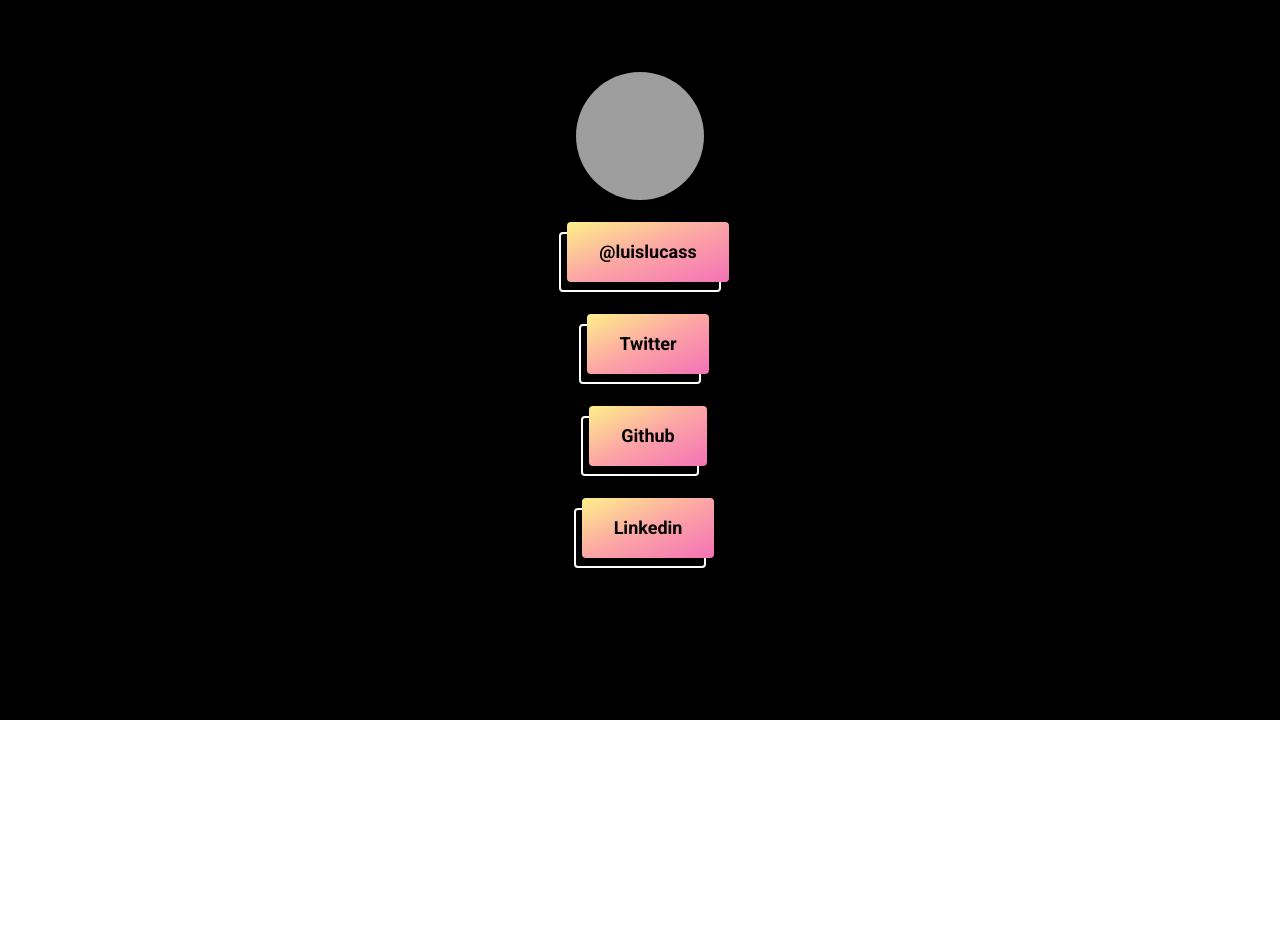
Repository: LuisSempre/link-to
Page: index.html
An editor plug-in stored every save of this project. The page is shown before and after a run of saves, followed by the edit.
The browser window is 1280 px wide. The pictures show the whole page.
Pictures or frames that could not be fetched are drawn as grey boxes. Some web libraries are served in a nearby version.

Above is the page before, as saved 2022-07-05 22:17:37.

### index.html
<!DOCTYPE html>
<html lang="en">
    <head>
        <meta charset="UTF-8">
        <meta http-equiv="X-UA-Compatible" content="IE=edge">
        <meta name="viewport" content="width=device-width, initial-scale=1.0">
        <link rel="preconnect" href="https://fonts.googleapis.com">
        <link rel="preconnect" href="https://fonts.gstatic.com" crossorigin>
        <link
            href="https://fonts.googleapis.com/css2?family=Roboto:ital,wght@0,100;0,300;0,400;0,500;0,700;0,900;1,100;1,300;1,400;1,500;1,700;1,900&display=swap"
            rel="stylesheet">
        <script src="https://cdn.tailwindcss.com"></script>
        <title>Document</title>
    </head>
    <body style="font-family:Roboto">
        <div class="h-screen w-full bg-black flex items-center justify-center">
            <section class="relative">
                <div class="relative z-40 mx-auto h-full max-w-7xl px-10">
                    <div class="-mt-20 flex h-full w-full flex-col items-center
                        justify-center space-y-8 py-96">
                        <img
                            class="w-32 h-32 rounded-full"
                            src="https://media-exp1.licdn.com/dms/image/C4E03AQFxPhk96MlXfQ/profile-displayphoto-shrink_800_800/0/1657066015387?e=1662595200&v=beta&t=8l3NPv3_wh4v4q8p_mHKIiNLJlaeUFYIeHHBMLw4AEI"
                            alt="">
                        <a href="https://www.instagram.com/luislucass/" class="group relative w-full sm:w-auto">
                            <span class="absolute top-0 left-0 h-full w-full
                                rounded
                                border-2 border-white text-transparent">Twitter</span>
                            <span class="relative inline-block w-full
                                -translate-y-2.5 translate-x-2 transform rounded
                                bg-gradient-to-br from-yellow-200 via-red-300
                                to-pink-400 px-8 py-4 text-center text-lg
                                font-semibold transition-all duration-150
                                ease-linear group-hover:-translate-y-1.5
                                group-hover:translate-x-1.5 sm:w-auto
                                hover:text-white">@luislucass</span>
                        </a>
                        <a href="https://twitter.com/LuisLucass" class="group relative w-full sm:w-auto">
                            <span class="absolute top-0 left-0 h-full w-full
                                rounded
                                border-2 border-white text-transparent">Twitter</span>
                            <span class="relative inline-block w-full
                                -translate-y-2.5 translate-x-2 transform rounded
                                bg-gradient-to-br from-yellow-200 via-red-300
                                to-pink-400 px-8 py-4 text-center text-lg
                                font-semibold transition-all duration-150
                                ease-linear group-hover:-translate-y-1.5
                                group-hover:translate-x-1.5 sm:w-auto
                                hover:text-white">Twitter</span>
                        </a>
                        <a href="https://github.com/LuisSempre" class="group relative w-full sm:w-auto">
                            <span class="absolute top-0 left-0 h-full w-full
                                rounded
                                border-2 border-white text-transparent">Github</span>
                            <span class="relative inline-block w-full
                                -translate-y-2.5 translate-x-2 transform rounded
                                bg-gradient-to-br from-yellow-200 via-red-300
                                to-pink-400 px-8 py-4 text-center text-lg
                                font-semibold transition-all duration-150
                                ease-linear group-hover:-translate-y-1.5
                                group-hover:translate-x-1.5 sm:w-auto
                                hover:text-white">Github</span>
                        </a>
                        <a href="https://www.linkedin.com/in/luis-lucas-a5b30737/" class="group relative w-full sm:w-auto">
                            <span class="absolute top-0 left-0 h-full w-full
                                rounded
                                border-2 border-white text-transparent">Linkedin</span>
                            <span class="relative inline-block w-full
                                -translate-y-2.5 translate-x-2 transform rounded
                                bg-gradient-to-br from-yellow-200 via-red-300
                                to-pink-400 px-8 py-4 text-center text-lg
                                font-semibold transition-all duration-150
                                ease-linear group-hover:-translate-y-1.5
                                group-hover:translate-x-1.5 sm:w-auto
                                hover:text-white">Linkedin</span>
                        </a>
                    </div>
                </div>
            </section>
        </div>
    </body>
</html>

After the next 2 saves:
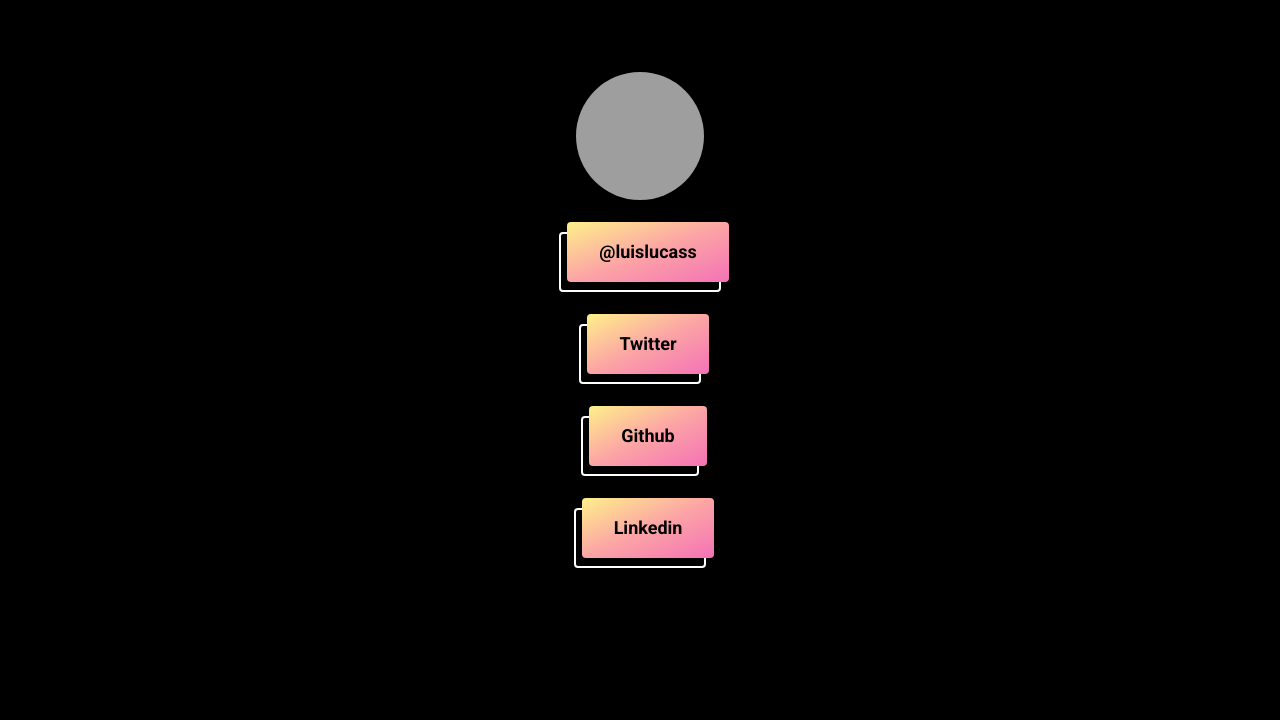
The 2 saves are shown as one change because they came seconds apart.
The last was saved 9 s later.
--- a/index.html
+++ b/index.html
@@ -17,7 +17,7 @@
             <section class="relative">
                 <div class="relative z-40 mx-auto h-full max-w-7xl px-10">
                     <div class="-mt-20 flex h-full w-full flex-col items-center
-                        justify-center space-y-8 py-96">
+                        justify-center space-y-8 py-32">
                         <img
                             class="w-32 h-32 rounded-full"
                             src="https://media-exp1.licdn.com/dms/image/C4E03AQFxPhk96MlXfQ/profile-displayphoto-shrink_800_800/0/1657066015387?e=1662595200&v=beta&t=8l3NPv3_wh4v4q8p_mHKIiNLJlaeUFYIeHHBMLw4AEI"
